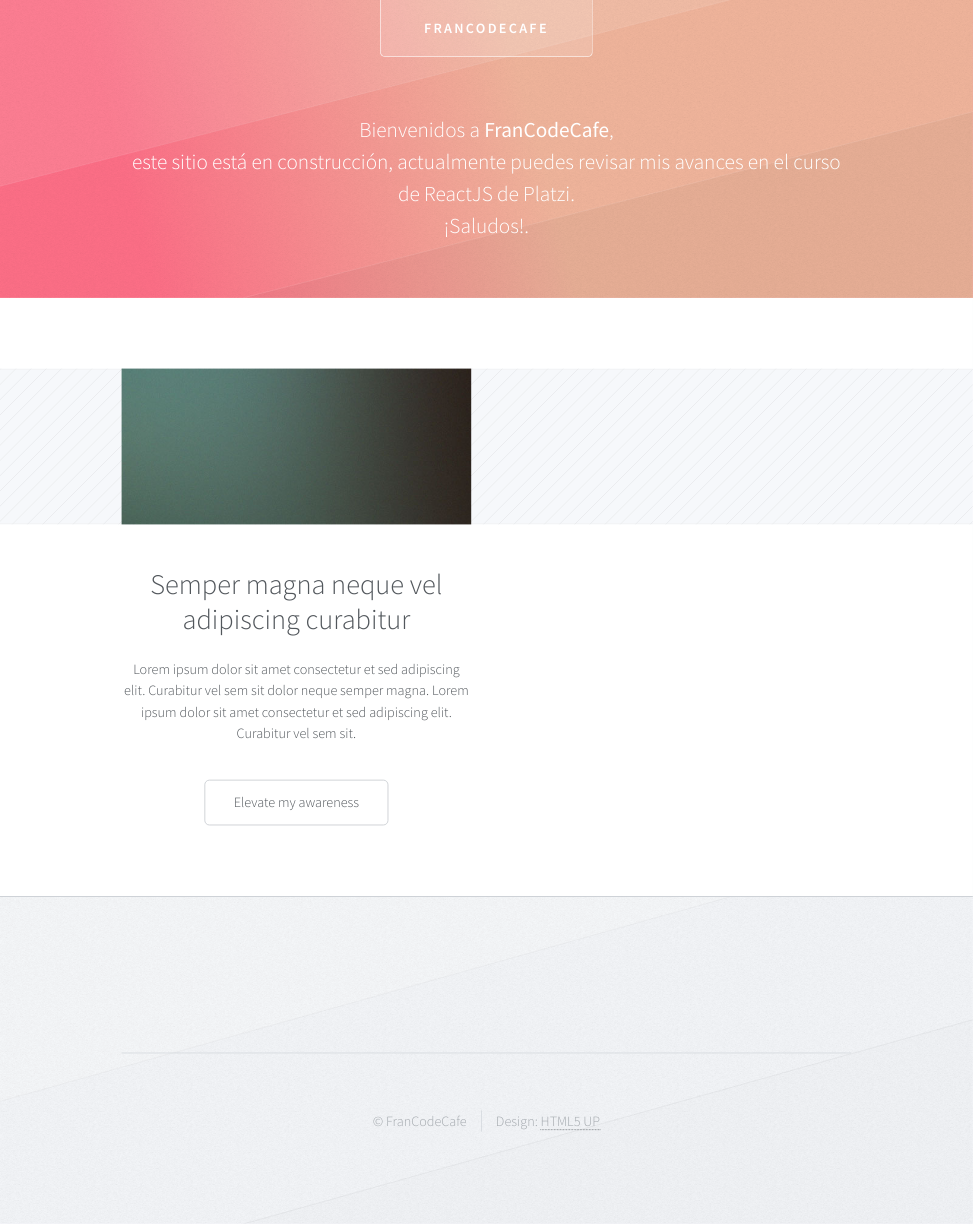
Repository: FranCodeCafe/francodecafe.github.io
Page: index.html
An editor plug-in stored every save of this project. The page is shown before and after the next save, followed by the edit.
The browser window is 1280 px wide. The pictures show the whole page, at 76% of full size.

Above is the page before, as saved 2020-01-22 14:16:58.

### index.html
<!DOCTYPE HTML>
<!--
	Telephasic by HTML5 UP
	html5up.net | @n33co
	Free for personal and commercial use under the CCA 3.0 license (html5up.net/license)
-->
<html>
	<head>
		<title>FranCodeCafe</title>
		<meta http-equiv="content-type" content="text/html; charset=utf-8" />
		<meta name="description" content="" />
		<meta name="keywords" content="" />
		<!--[if lte IE 8]><script src="css/ie/html5shiv.js"></script><![endif]-->
		<script src="js/jquery.min.js"></script>
		<script src="js/jquery.dropotron.min.js"></script>
		<script src="js/skel.min.js"></script>
		<script src="js/skel-layers.min.js"></script>
		<script src="js/init.js"></script>
		<noscript>
			<link rel="stylesheet" href="css/skel.css" />
			<link rel="stylesheet" href="css/style.css" />
		</noscript>
		<!--[if lte IE 8]><link rel="stylesheet" href="css/ie/v8.css" /><![endif]-->
	</head>
	<body class="homepage">

		<!-- Header -->
			<div id="header-wrapper">
				<div id="header" class="container">

					<!-- Logo -->
						<h1 id="logo"><a href="index.html">FranCodeCafe</a></h1>

					<!-- Nav -->
						<!-- <nav id="nav">
							<ul>
								<li>
									<a href="">Dropdown</a>
									<ul>
										<li><a href="#">Lorem ipsum dolor</a></li>
										<li><a href="#">Magna phasellus</a></li>
										<li><a href="#">Etiam dolore nisl</a></li>
										<li>
											<a href="">Phasellus consequat</a>
											<ul>
												<li><a href="#">Lorem ipsum dolor</a></li>
												<li><a href="#">Phasellus consequat</a></li>
												<li><a href="#">Magna phasellus</a></li>
												<li><a href="#">Etiam dolore nisl</a></li>
											</ul>
										</li>
										<li><a href="#">Veroeros feugiat</a></li>
									</ul>
								</li>
								<li><a href="left-sidebar.html">Left Sidebar</a></li>
								<li class="break"><a href="right-sidebar.html">Right Sidebar</a></li>
								<li><a href="no-sidebar.html">No Sidebar</a></li>
							</ul>
						</nav> -->

				</div>

				<!-- Hero -->
					<section id="hero" class="container">
						<!-- <header>
							<h2>Telephasic is a responsive
							<br />
							site template by <a href="http://html5up.net">HTML5 UP</a></h2>
						</header> -->
						<p>Bienvenidos a <strong>FranCodeCafe</strong>,
						<br />
						este sitio está en construcción, actualmente puedes revisar mis avances en el curso de ReactJS de Platzi.
						<br /> ¡Saludos!.</p>
						<!-- <ul class="actions">
							<li><a href="#" class="button">Get this party started</a></li>
						</ul> -->
					</section>

			</div>

		<!-- Features 1 -->
			<div class="wrapper">
				<div class="container">
					<div class="row">
						<section class="6u 12u(narrower) feature">
							<div class="image-wrapper first">
								<a href="#" class="image featured first"><img src="images/pic01.jpg" alt="" /></a>
							</div>
							<header>
								<h2>Semper magna neque vel<br />
								adipiscing curabitur</h2>
							</header>
							<p>Lorem ipsum dolor sit amet consectetur et sed adipiscing elit. Curabitur vel
							sem sit dolor neque semper magna. Lorem ipsum dolor sit amet consectetur et sed
							adipiscing elit. Curabitur vel sem sit.</p>
							<ul class="actions">
								<li><a href="#" class="button">Elevate my awareness</a></li>
							</ul>
						</section>
						<!-- <section class="6u 12u(narrower) feature">
							<div class="image-wrapper">
								<a href="#" class="image featured"><img src="images/pic02.jpg" alt="" /></a>
							</div>
							<header>
								<h2>Amet lorem ipsum dolor<br />
								sit consequat magna</h2>
							</header>
							<p>Lorem ipsum dolor sit amet consectetur et sed adipiscing elit. Curabitur vel
							sem sit dolor neque semper magna. Lorem ipsum dolor sit amet consectetur et sed
							adipiscing elit. Curabitur vel sem sit.</p>
							<ul class="actions">
								<li><a href="#" class="button">Elevate my awareness</a></li>
							</ul>
						</section> -->
					</div>
				</div>
			</div>

		<!-- Promo -->
			<!-- <div id="promo-wrapper">
				<section id="promo">
					<h2>Neque semper magna et lorem ipsum adipiscing</h2>
					<a href="#" class="button">Breach the thresholds</a>
				</section>
			</div> -->

		<!-- Features 2 -->
			<!-- <div class="wrapper">
				<section class="container">
					<header class="major">
						<h2>Sed magna consequat lorem curabitur tempus</h2>
						<p>Elit aliquam vulputate egestas euismod nunc semper vehicula lorem blandit</p>
					</header>
					<div class="row features">
						<section class="4u 12u(narrower) feature">
							<div class="image-wrapper first">
								<a href="#" class="image featured"><img src="images/pic03.jpg" alt="" /></a>
							</div>
							<p>Lorem ipsum dolor sit amet consectetur et sed adipiscing elit. Curabitur
							vel sem sit dolor neque semper magna lorem ipsum.</p>
						</section>
						<section class="4u 12u(narrower) feature">
							<div class="image-wrapper">
								<a href="#" class="image featured"><img src="images/pic04.jpg" alt="" /></a>
							</div>
							<p>Lorem ipsum dolor sit amet consectetur et sed adipiscing elit. Curabitur
							vel sem sit dolor neque semper magna lorem ipsum.</p>
						</section>
						<section class="4u 12u(narrower) feature">
							<div class="image-wrapper">
								<a href="#" class="image featured"><img src="images/pic05.jpg" alt="" /></a>
							</div>
							<p>Lorem ipsum dolor sit amet consectetur et sed adipiscing elit. Curabitur
							vel sem sit dolor neque semper magna lorem ipsum.</p>
						</section>
					</div>
					<ul class="actions major">
						<li><a href="#" class="button">Elevate my awareness</a></li>
					</ul>
				</section>
			</div>
 -->
		<!-- Footer -->
			<div id="footer-wrapper">
				<div id="footer" class="container">
					<!-- <header class="major">
						<h2>Euismod aliquam vehicula lorem</h2>
						<p>Lorem ipsum dolor sit amet consectetur et sed adipiscing elit. Curabitur vel sem sit<br />
						dolor neque semper magna lorem ipsum feugiat veroeros lorem ipsum dolore.</p>
					</header>
					<div class="row">
						<section class="6u 12u(narrower)">
							<form method="post" action="#">
								<div class="row 50%">
									<div class="6u 12u(mobile)">
										<input name="name" placeholder="Name" type="text" />
									</div>
									<div class="6u 12u(mobile)">
										<input name="email" placeholder="Email" type="text" />
									</div>
								</div>
								<div class="row 50%">
									<div class="12u">
										<textarea name="message" placeholder="Message"></textarea>
									</div>
								</div>
								<div class="row 50%">
									<div class="12u">
										<ul class="actions">
											<li><input type="submit" value="Send Message" /></li>
											<li><input type="reset" value="Clear form" /></li>
										</ul>
									</div>
								</div>
							</form>
						</section>
						<section class="6u 12u(narrower)">
							<div class="row 0%">
								<ul class="divided icons 6u 12u(mobile)">
									<li class="icon fa-twitter"><a href="#"><span class="extra">twitter.com/</span>untitled</a></li>
									<li class="icon fa-facebook"><a href="#"><span class="extra">facebook.com/</span>untitled</a></li>
									<li class="icon fa-dribbble"><a href="#"><span class="extra">dribbble.com/</span>untitled</a></li>
								</ul>
								<ul class="divided icons 6u 12u(mobile)">
									<li class="icon fa-instagram"><a href="#"><span class="extra">instagram.com/</span>untitled</a></li>
									<li class="icon fa-youtube"><a href="#"><span class="extra">youtube.com/</span>untitled</a></li>
									<li class="icon fa-pinterest"><a href="#"><span class="extra">pinterest.com/</span>untitled</a></li>
								</ul>
							</div>
						</section>
					</div> -->
				</div>
				<div id="copyright" class="container">
					<ul class="menu">
						<li>&copy; FranCodeCafe</li><li>Design: <a href="http://html5up.net">HTML5 UP</a></li>
					</ul>
				</div>
			</div>

	</body>
</html>

### css/style-normal.css
/*
	Telephasic by HTML5 UP
	html5up.net | @n33co
	Free for personal and commercial use under the CCA 3.0 license (html5up.net/license)
*/

/*********************************************************************************/
/* Basic                                                                         */
/*********************************************************************************/

	body,input,textarea,select
	{
		line-height: 1.5em;
		font-size: 14pt;
	}

	span.extra
	{
		display: none;
	}

/*********************************************************************************/
/* Wrappers                                                                      */
/*********************************************************************************/

	.wrapper
	{
		padding: 5em 0 5em 0;
	}

	#header-wrapper
	{
		padding: 2em 0 em 0;
	}

		.homepage #header-wrapper
		{
			padding: 8em 0 4em 0;
		}

	#promo-wrapper
	{
		padding: 5em 0 5em 0;
	}

	#footer-wrapper
	{
		padding: 5em 0 5em 0;
	}

Loaded but not shown: js/jquery.min.js (library); js/jquery.dropotron.min.js (library); js/skel.min.js (library); js/skel-layers.min.js (library); css/font-awesome.min.css (library); js/init.js (92 lines, source omitted); css/style.css (938 lines, source omitted)

After the next save:
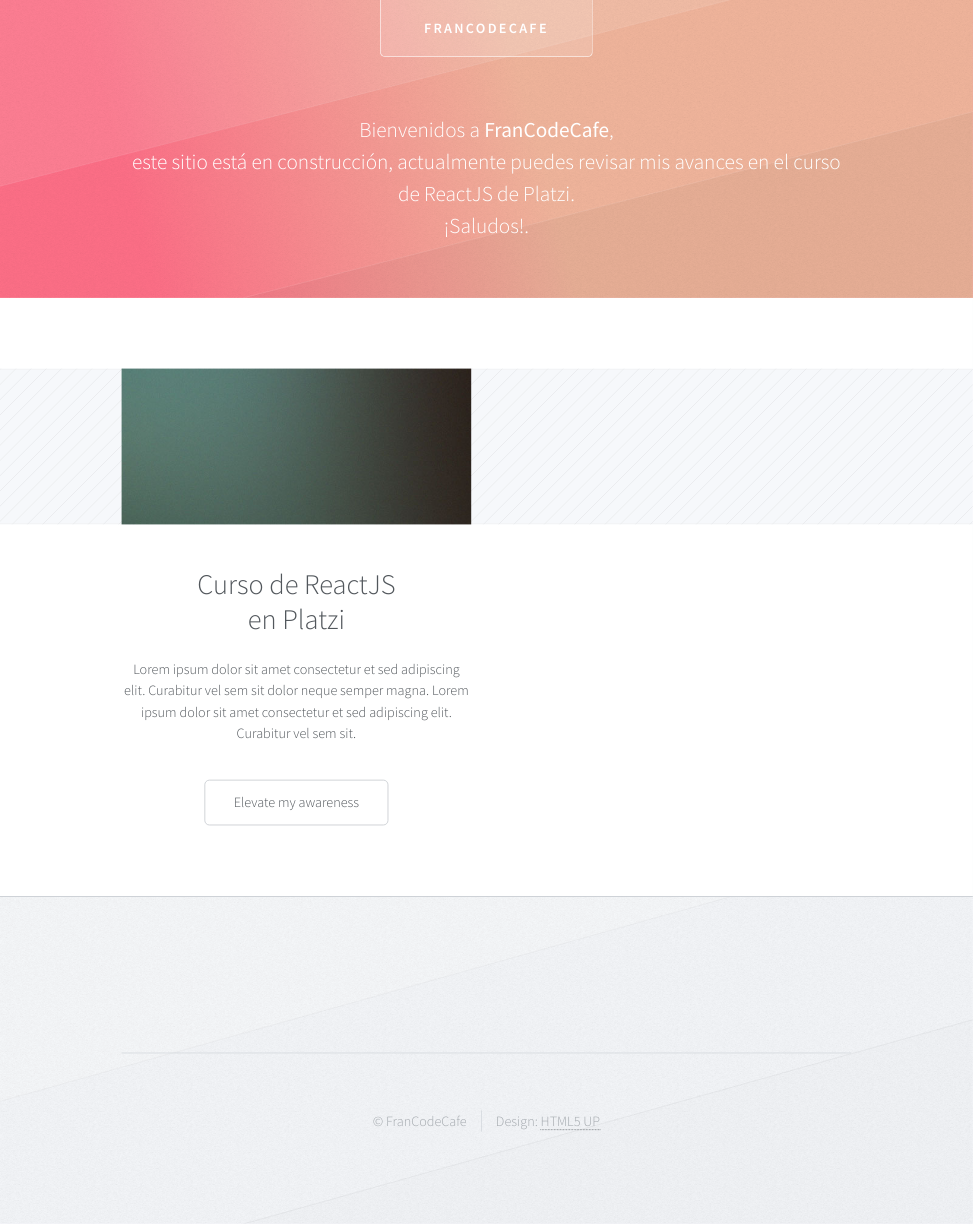
Saved 37 s later.
--- a/index.html
+++ b/index.html
@@ -87,8 +87,8 @@
 								<a href="#" class="image featured first"><img src="images/pic01.jpg" alt="" /></a>
 							</div>
 							<header>
-								<h2>Semper magna neque vel<br />
-								adipiscing curabitur</h2>
+								<h2>Curso de ReactJS<br />
+								en Platzi</h2>
 							</header>
 							<p>Lorem ipsum dolor sit amet consectetur et sed adipiscing elit. Curabitur vel
 							sem sit dolor neque semper magna. Lorem ipsum dolor sit amet consectetur et sed
